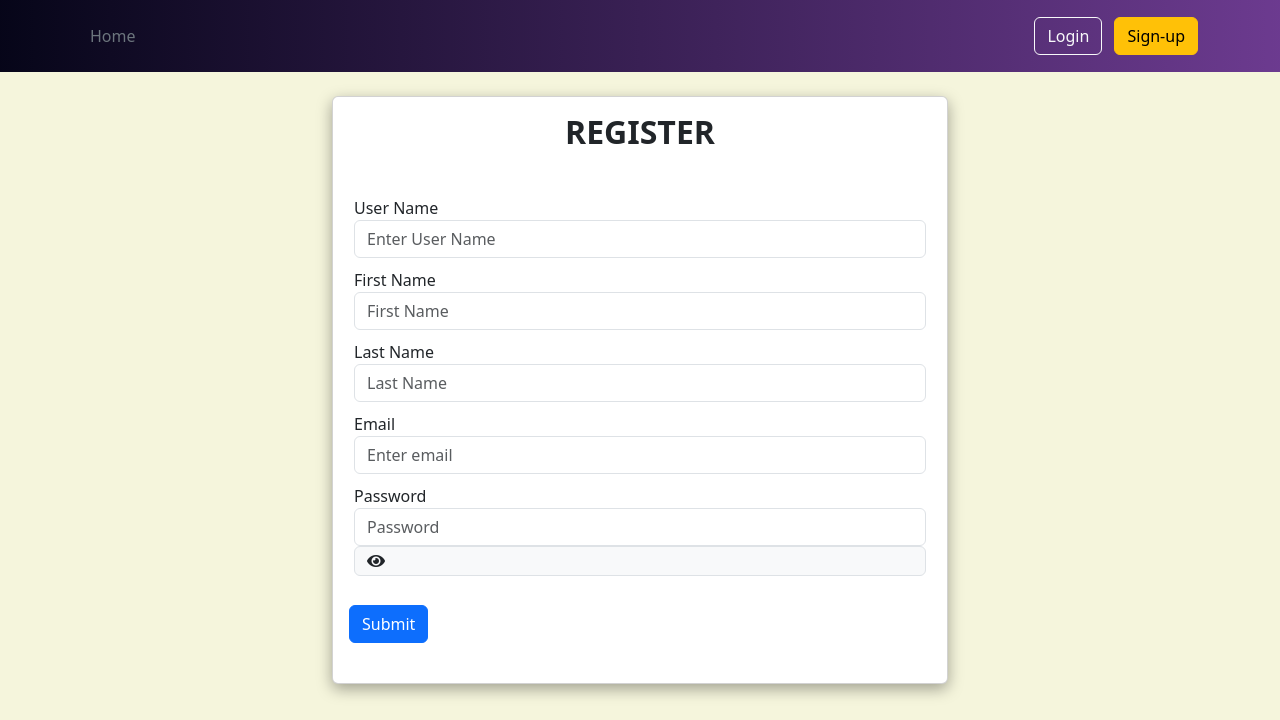
Repository: professorsourabh/php_membership
Page: http://localhost/assignment/
The author's editor kept a copy of each file at every save. The page is drawn from the files as they stood at one save, then again after the next save.
The browser window is 1280 px wide. The pictures show the whole page.
Some web libraries are served in a nearby version. The page is run by PHP 8.4 with error messages shown; the project is at /var/www/html/.

Above is the page before, as saved 2023-07-09 15:26:03.

### index.php
<?php
session_start();
?>

<html lang="en">
<head>
    <meta charset="UTF-8">
    <meta name="viewport" content="width=device-width, initial-scale=1.0">
    <title>Assesment-Register</title>
    <link href="https://cdn.jsdelivr.net/npm/bootstrap@5.3.0/dist/css/bootstrap.min.css" rel="stylesheet" integrity="sha384-9ndCyUaIbzAi2FUVXJi0CjmCapSmO7SnpJef0486qhLnuZ2cdeRhO02iuK6FUUVM" crossorigin="anonymous">
    <link rel="stylesheet" href="https://cdnjs.cloudflare.com/ajax/libs/font-awesome/5.13.0/css/all.min.css">
    <link rel="stylesheet" href="index.css"></link>
</head>
<body>
    <header class="p-3 bg-dark text-white">
        <div class="container">
          <div class="d-flex flex-wrap align-items-center justify-content-center justify-content-lg-start">


            <ul class="nav col-12 col-lg-auto me-lg-auto mb-2 justify-content-center mb-md-0">
              <li><a href="#" class="nav-link px-2 text-secondary " >Home</a></li>

            </ul>

              <div class="text-end">
              <a type="button" class="btn btn-outline-light me-2" href="login.php">Login</a>
              <a type="button" class="btn btn-warning" href="index.php">Sign-up</a>
            </div>
          </div>
        </div>
      </header>
      <div class="container my-4 col-lg-6">
        <div class="card my-4" style="box-shadow: rgba(0, 0, 0, 0.35) 0px 5px 15px;">
            <div class="card-heading text-center my-3 mx-2">
                <h2 class="text-uppercase fw-bold">Register</h2>
            </div>
            <div class="card-body">
            <?php if (!empty($_SESSION['error_msg'])) { ?>
            <div class="error">
                <div class="alert alert-danger alert-dismissible fade show" role="alert">
                    <?php echo $_SESSION['error_msg']; ?>
                    <button type="button" class="btn-close" data-bs-dismiss="alert" aria-label="Close"></button>
                </div>
            </div>
            <?php
            unset($_SESSION['error_msg']);
        } ?>
         <?php if (!empty($_SESSION['success_msg'])) { ?>
            <div class="error">
                <div class="alert alert-success alert-dismissible fade show" role="alert">
                    <?php echo $_SESSION['success_msg']; ?>
                    <button type="button" class="btn-close" data-bs-dismiss="alert" aria-label="Close"></button>
                </div>
            </div>
            <?php
            unset($_SESSION['success_msg']);
        } ?>

        <form method="post" action="./controller/registerController.php">
            <div class="form-group">
                <label for="exampleInputusername">User Name</label>
                <input type="text" class="form-control" name="username" id="username" placeholder="Enter User Name">
              </div>

              <div class="form-group">
                <label for="exampleInputfirst_name">First Name</label>
                <input type="text" class="form-control" name="firstname" id="first_name" placeholder="First Name">
              </div>
              <div class="form-group">
                <label for="exampleInputlast_name">Last Name</label>
                <input type="text" name="lastname" class="form-control" id="last_name" placeholder="Last Name">
              </div>

            <div class="form-group">
              <label for="exampleInputEmail">Email</label>
              <input type="email" class="form-control" name="email" id="email"  placeholder="Enter email">

            </div>


              <div class="form-group">
                <label for="exampleInputPassword">Password</label>
                <input type="password" class="form-control" name="password" id="exampleInputPassword" placeholder="Password">
                <span class="input-group-text eye-icon" onclick="togglePasswordVisibility('password')">
                            <i class="fas fa-eye"></i>
                        </span>
              </div>


            <button type="submit" class="btn btn-primary my-4">Submit</button>
          </form>

            </div>
        </div>

    </div>







    <script src="https://cdn.jsdelivr.net/npm/bootstrap@5.3.0/dist/js/bootstrap.bundle.min.js" integrity="sha384-geWF76RCwLtnZ8qwWowPQNguL3RmwHVBC9FhGdlKrxdiJJigb/j/68SIy3Te4Bkz" crossorigin="anonymous"></script>
    <script src="./public/project.js">

       </script>
  </body>
</html>

### index.css
*{
    padding: 0;
    margin: 0;
}

body{

    background-color: beige;
}
header{
    background: rgb(5,4,24);
    background: linear-gradient(90deg, rgba(5,4,24,0.9557072829131653) 0%, rgba(134,66,179,0.7400210084033614) 100%);
}
.registration-part{

    padding: 50px;

}
.text-cente{
    text-align: center;
}
div.form-group{
    padding: 5px;
}

### public/project.js
function togglePasswordVisibility(inputId) {
    var input = document.getElementById(inputId);
    if (input.type === "password") {
        input.type = "text";
    } else {
        input.type = "password";
    }
}

After the next save:
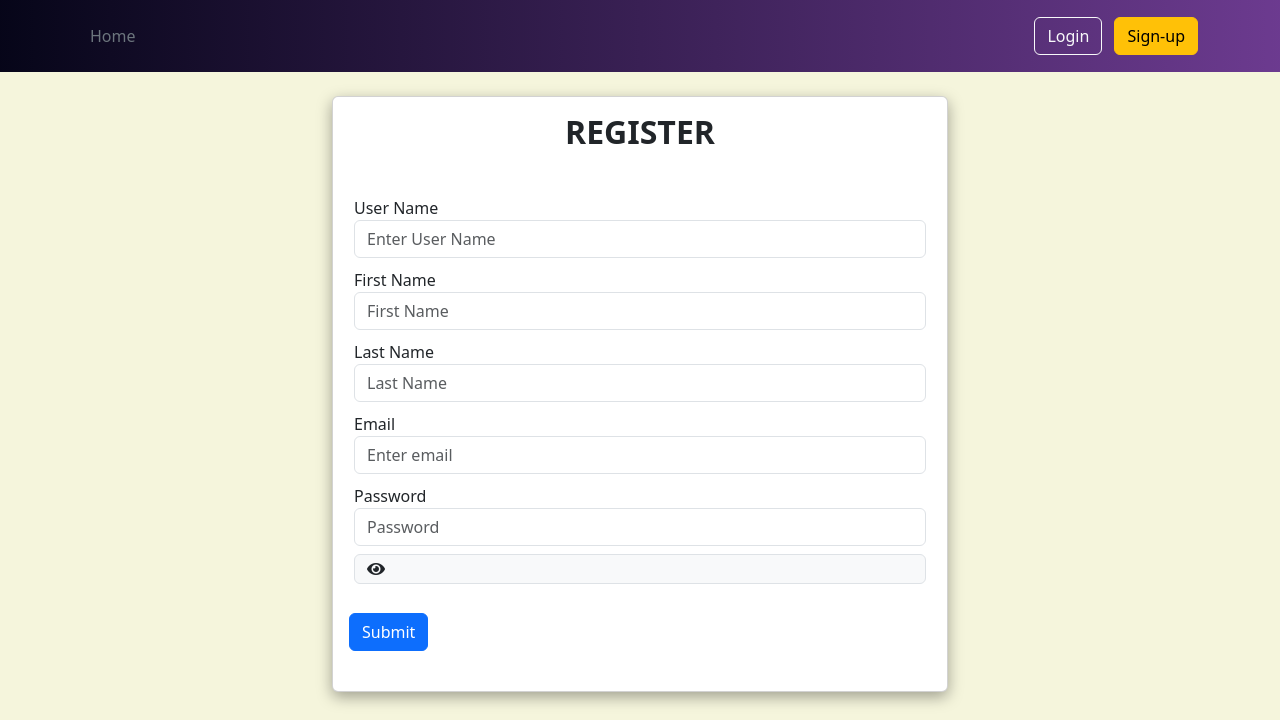
Saved 82 s later.
--- a/index.css
+++ b/index.css
@@ -22,3 +22,11 @@ header{
 div.form-group{
     padding: 5px;
 }
+
+.eye-icon {
+    position: static;
+    top: auto;
+    right: auto;
+    transform: none;
+    margin-top: 0.5rem;
+}
